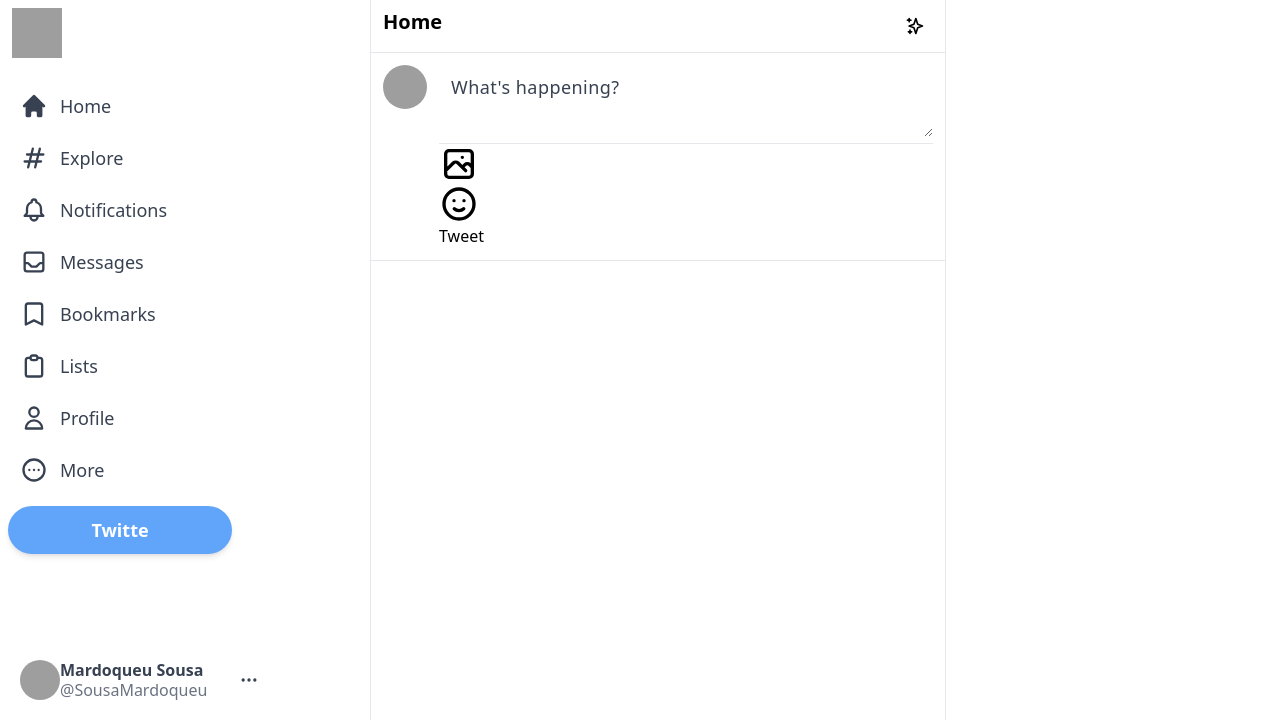
Repository: Mardoqueu/twitter
Page: /
These files come from the project's save history. The page is drawn as it stood at one moment and after the next save; the edit follows.
The browser window is 1280 px wide. The pictures show the whole page.
Pictures or frames that could not be fetched are drawn as grey boxes. The project was rebuilt for these pictures with package versions that can differ from the ones it lists, and the page was loaded fresh each time. The framework's server and built-in components were replaced by stand-ins that run in the browser. Also part of the build but not shown: next.config.js.

Above is the page before, as saved 2022-09-02 08:16:46.

### pages/index.js
import Head from "next/head";
import Sidebar from '../components/Sidebar';
import Feed from '../components/Feed';


export default function Home() {
  return (
    <div >
      <Head>
        <title>Twitter Clone</title>
        <meta name="description" content="Generated by create next app" />
        <link rel="icon" href="/favicon.ico" />
      </Head>

    <main className='flex min-h-screen max-w-7xl mx-auto '>
      {/* Sidebar */}
      <Sidebar />

      {/* Feed */}
      <Feed/>
      {/* Widgets */}

      {/* Modal */}

    </main>


    </div>
  )
}

### styles/globals.css
@tailwind base;
@tailwind components;
@tailwind utilities;

@layer components{
    .hoverEffect {
        @apply cursor-pointer hover:bg-gray-200 rounded-full w-[52px] xl:w-auto h-[52px] xl:h-auto xl:p-3
    }
}

### components/Sidebar.js
import Image from "next/image"
import SidebarMenuItem from "./SidebarMenuItem"
import { HomeIcon } from '@heroicons/react/solid'
import { BellIcon, BookmarkIcon, ClipboardIcon, DotsCircleHorizontalIcon, DotsHorizontalIcon, HashtagIcon, InboxIcon, UserIcon } from '@heroicons/react/outline'

export default function Sidebar() {
  return (
    <div className="hidden sm:flex flex-col p-2 xl:items-start fixed h-full">
        {/* Twitter logo */}
        <div className="hoverEffect p-0 hover:bg-blue-100 xl:px-1">
            <Image
            width="50"
            height="50"
            src="https://help.twitter.com/content/dam/help-twitter/brand/logo.png"></Image>
        </div>

        {/* Menu */}

        <div className="mt-4 mb-2.5 xl:items-start">
        <SidebarMenuItem text="Home" Icon={HomeIcon} active/>
        <SidebarMenuItem text="Explore" Icon={HashtagIcon} />
        <SidebarMenuItem text="Notifications" Icon={BellIcon} />
        <SidebarMenuItem text="Messages" Icon={InboxIcon} />
        <SidebarMenuItem text="Bookmarks" Icon={BookmarkIcon} />
        <SidebarMenuItem text="Lists" Icon={ClipboardIcon} />
        <SidebarMenuItem text="Profile" Icon={UserIcon} />
        <SidebarMenuItem text="More" Icon={DotsCircleHorizontalIcon} />
      </div>

        {/* Button */}

        <button className="bg-blue-400 text-white rounded-full w-56 h-12 font-bold shadow-md hover:brightness-95 text-lg hidden xl:inline">Twitte</button>

        {/* Mini-profile */}
        <div className="hoverEffect text-gray-700 flex items-center justify-center xl:justify-start mt-auto">
            <img
            src="https://media-exp1.licdn.com/dms/image/C4E03AQF1Icbg9ibKSQ/profile-displayphoto-shrink_800_800/0/1656524327808?e=1667433600&v=beta&t=zLj1VuO7UnlyGXgtGnCIGGm6Xel0rldXOa9ES50GV3c"
            alt="user-img"
            className="h-10 w-10 rounded-full"/>
            <div className="leading-5 hidden xl:inline">
                <h4 className="font-bold">Mardoqueu Sousa</h4>
                <p className="text-gray-500">@SousaMardoqueu</p>
            </div>
            <DotsHorizontalIcon className="h-5 xl:ml-8"/>
        </div>
    </div>
  )
}

### components/Feed.js
import { SparklesIcon } from '@heroicons/react/outline'
import Input from '../components/Input';


export default function Feed() {
  return (
    <div className="xl:ml-[370px] border-l border-r border-gray-200 border-gray-200  xl:min-w-[576px] sm:ml-[73px] flex-grow max-w-xl">
       {/* div is covering the header section taht has an edge to tag  */}
        <div className='flex py-2 px-3 sticky top-0 z-50 bg-white border-b border-gray-200'>
              <h2 className="text-lg sm:text-xl font-bold cursor-pointer">Home</h2>
              <div className='hoverEffect flex items-center justify-center px-0 ml-auto w-9 h-9'>
                    <SparklesIcon className='h-5'/>
              </div>
        </div>
        <Input/>
    </div>
  )
}

### components/SidebarMenuItem.js
import React from 'react'

export default function SidebarMenuItem({text, Icon}) {
  return (
    <div className="hoverEffect flex items-center text-gray-700 justify-center xl:justify-start text-lg space-x-3">
      <Icon className="h-7" />
      <span className={'${active && "font-bold"} hidden xl:inline'}>{text}</span>

    </div>
  )
}

### components/Input.js
import { EmojiHappyIcon, PhotographIcon } from "@heroicons/react/outline";

export default function Input() {
  return (
    <div className="flex border-b border-gray-200 p-3 space-x-3">
        <img src="https://media-exp1.licdn.com/dms/image/C4E03AQF1Icbg9ibKSQ/profile-displayphoto-shrink_800_800/0/1656524327808?e=1667433600&v=beta&t=zLj1VuO7UnlyGXgtGnCIGGm6Xel0rldXOa9ES50GV3c"
        alt="user-img"
        className="h-11 w-11 rounded-full cursor-pointer hover:brightness-95"/>
        <div className="w-full divide-y divide-gray-200">
            <div className="">
                <textarea className="w-full border-none focus:ring-0 text-lg placeholder-gray-700 tracking-wide mini-h-[50px] text-gray-700"  rows="2" placeholder="What's happening?"></textarea>
            </div>
            <div className="">
                <div className="">
                    <PhotographIcon className="h-10 w-10"/>
                    <EmojiHappyIcon className="h-10 w-10"/>
                </div>
            <button>Tweet</button>
            </div>
        </div>
    </div>
  )
}

### tailwind.config.js
/** @type {import('tailwindcss').Config} */
module.exports = {
  content: [
    "./pages/**/*.{js,ts,jsx,tsx}",
    "./components/**/*.{js,ts,jsx,tsx}",
  ],
  theme: {
    extend: {},
  },
  plugins: [require('@tailwindcss/forms')],
}

Loaded but not shown: pages/_app.js (common file)

After the next save:
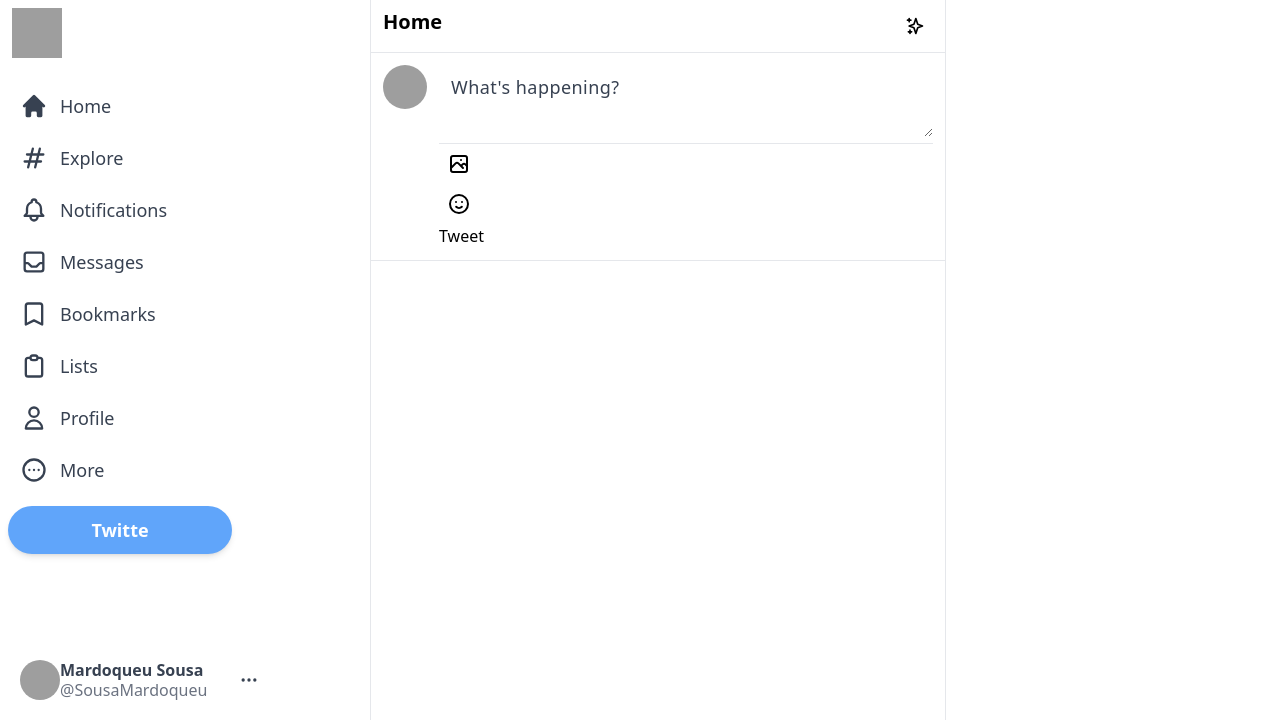
Saved 29 s later.
--- a/components/Input.js
+++ b/components/Input.js
@@ -12,8 +12,8 @@
             </div>
             <div className="">
                 <div className="">
-                    <PhotographIcon className="h-10 w-10"/>
-                    <EmojiHappyIcon className="h-10 w-10"/>
+                    <PhotographIcon className="h-10 w-10 hoverEffect p-2"/>
+                    <EmojiHappyIcon className="h-10 w-10 hoverEffect p-2"/>
                 </div>
             <button>Tweet</button>
             </div>
